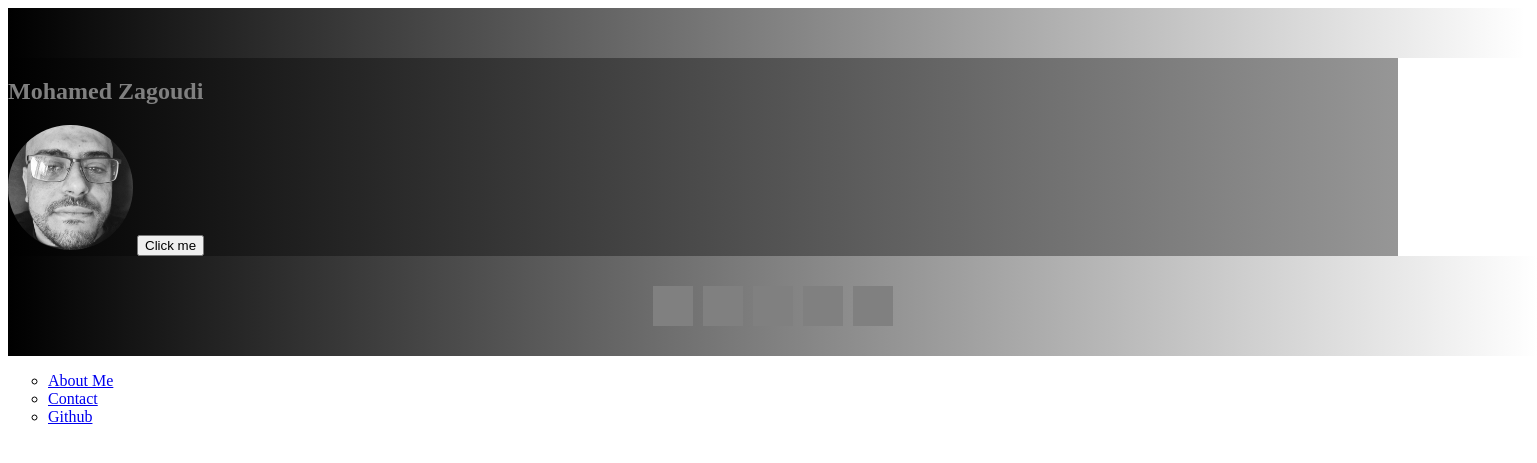
Repository: Mohzagou/Eersteportofolio
Page: index.html
An editor plug-in stored every save of this project. The page is shown before and after the next save, followed by the edit.
The browser window is 1280 px wide. The page is 1537 px wide, so the pictures cover 1537 px, including what lies to the right of the window. The pictures show the whole page.

Above is the page before, as saved 2022-06-07 23:32:22.

### index.html
<!DOCTYPE html>


<head>
    <link rel="stylesheet" href="styles.css" />
    <meta charset="UTF-8">

    <title>Document</title>
</head>

<body>

    <header></header>
    <div class="about-me">
        <h2 id="name">Mohamed Zagoudi</h2>
        <img class="avatar" src="images/67gwzvy.jpeg" alt="Mohamed Zagoudi headshot">
        <button>Click me</button>


        <section>
            <div class="test"></div>
            <div class="test"></div>
            <div class="test"></div>
            <div class="test"></div>
            <div class="test"></div>
        </section>
        <footer>
            <ul style="list-style-type: circle ">
                <li><a href=" ">About Me</a></li>
                <li><a href=" ">Contact</a></li>
                <li><a href="https://github.com/Mohzagou ">Github</a></li>

            </ul>

        </footer>



</body>



</html>

### styles.css
                            body {
                                display: flex;
                                flex-direction: column;
                            }

                            header {
                                width: 120%;
                                height: 50px;
                                background-image: linear-gradient(to right, black, grey, white);
                                /*background-color: rgb(113, 74, 145);*/
                            }

                            section {
                                width: 110%;
                                height: 100px;
                                background-image: linear-gradient(to right, black, grey, white);
                                background-color: #234def;
                                display: flex;
                                align-items: center;
                                justify-content: center;
                            }

                            .about-me {
                                width: 110%;
                                height: 200px;
                                background-image: repeating-linear-gradient(to right, black, grey, white 170%);
                                /*background-color: rgb(177, 69, 21, 0.8);*/
                                /*margin: 10px 0 10px 0;
    border: solid black 10px;
    border-radius: 15px;*/
                            }

                            .avatar {
                                width: 125px;
                                border-radius: 62px;
                                background-image: repeating-linear-gradient(to right, black, grey, 110%);
                            }

                            #name {
                                color: grey;
                            }

                            .test {
                                width: 40px;
                                height: 40px;
                                background-color: grey;
                                margin: 5px;
                            }

                            .button {
                                border: 0;
                                padding: 0 20px;
                                font-size: 20px;
                                background-color: rgba(220, 0, 0, 1);
                                background-image: linear-gradient(to top left, rgba(0, 0, 0, 0.2), rgba(0, 0, 0, 0.2) 30%, rgba(0, 0, 0, 0), );
                                box-shadow: inset 2px 2px 3px rgba(255, 255, 255, 0.6);
                                border-radius: 10px;
                            }

After the next save:
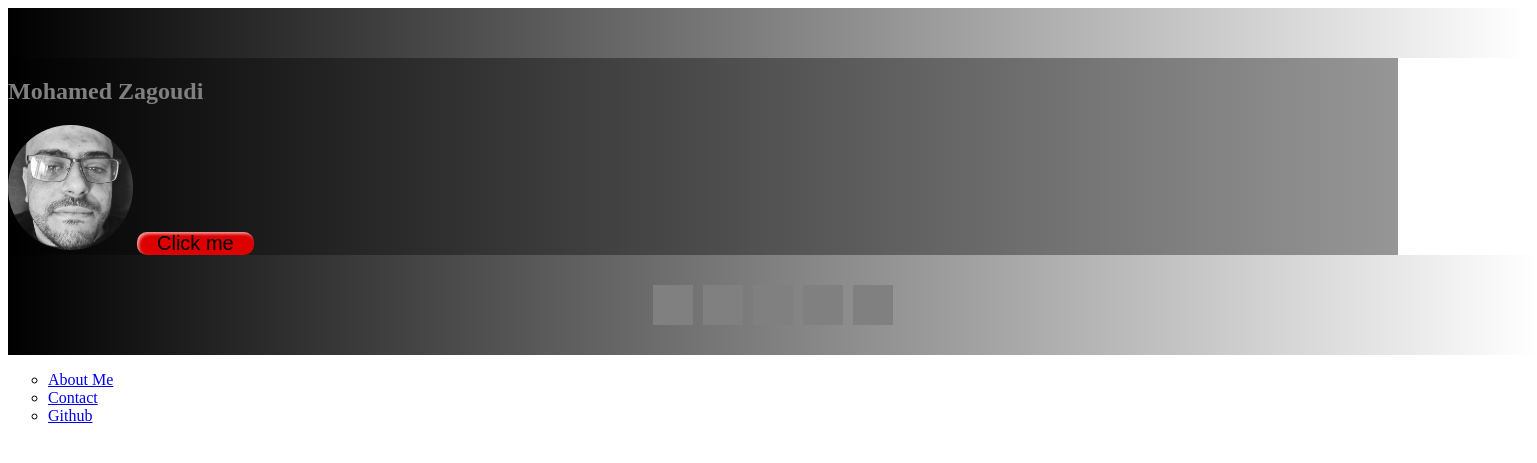
Saved 85 s later.
--- a/styles.css
+++ b/styles.css
@@ -47,7 +47,7 @@
                                 margin: 5px;
                             }
 
-                            .button {
+                            button {
                                 border: 0;
                                 padding: 0 20px;
                                 font-size: 20px;
